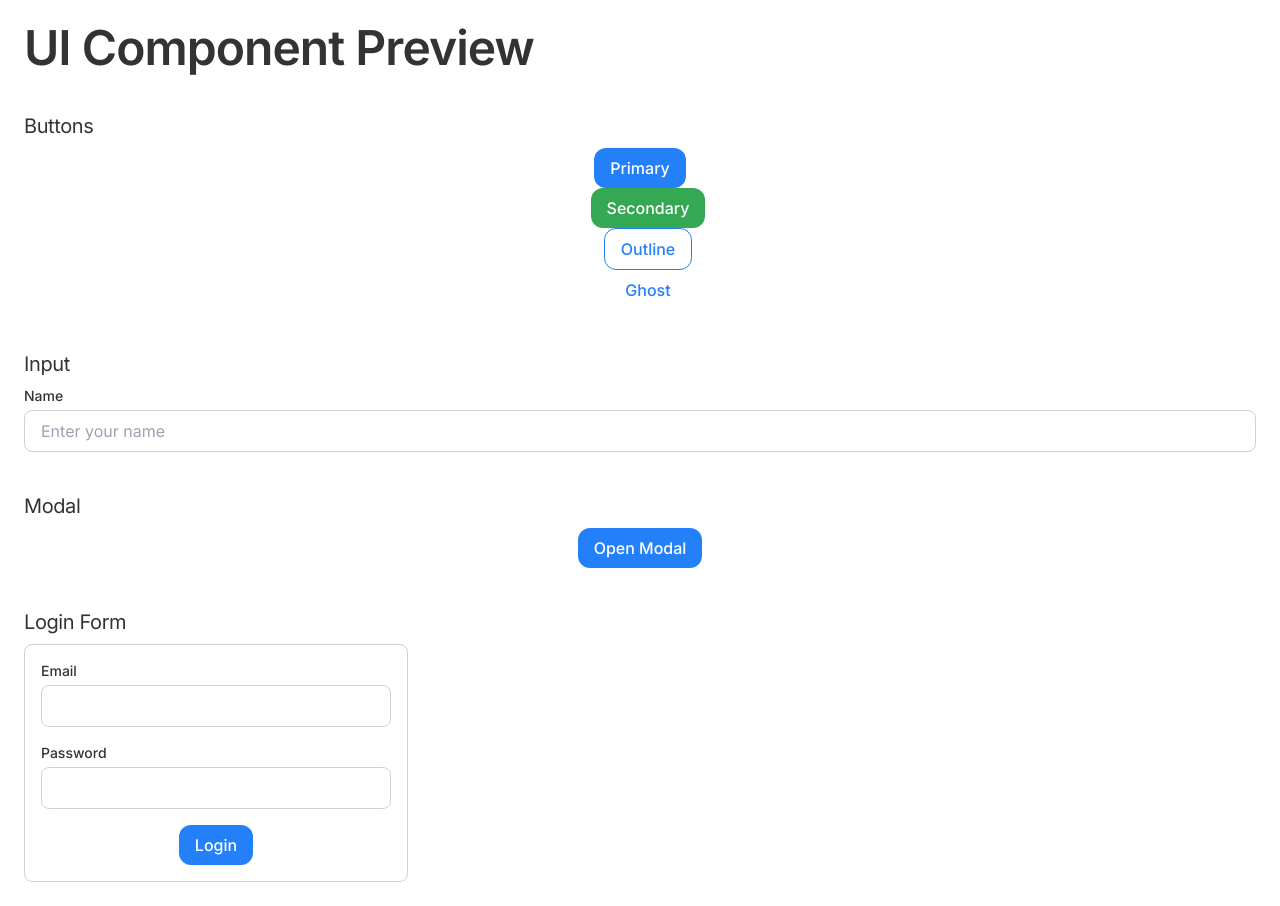
Repository: nikhilchikkam/im-project
Page: / (app in frontend/)
An editor plug-in stored every save of this project. The page is shown before and after the next save, followed by the edit.
The browser window is 1280 px wide. The pictures show the whole page.
The project was rebuilt for these pictures with package versions that can differ from the ones it lists, and the page was loaded fresh each time. Also part of the build but not shown: frontend/vite.config.ts, frontend/src/components/Modal.tsx.

Above is the page before, as saved 2025-06-10 17:47:49.

### frontend/index.html
<!doctype html>
<html lang="en">
  <head>
    <meta charset="UTF-8" />
    <link rel="icon" type="image/svg+xml" href="/vite.svg" />
    <link rel="preconnect" href="https://fonts.googleapis.com" />
    <link rel="preconnect" href="https://fonts.gstatic.com" crossorigin />
    <link href="https://fonts.googleapis.com/css2?family=Inter:wght@400;500;600&family=DM+Sans:wght@400&display=swap" rel="stylesheet" />
    <meta name="viewport" content="width=device-width, initial-scale=1.0" />
    <title>Nutrigence – Smarter Food Decisions</title>
</head>

  <body>
    <div id="root"></div>
    <script type="module" src="/src/main.tsx"></script>
  </body>
</html>

### frontend/src/index.css
@tailwind base;
@tailwind components;
@tailwind utilities;

@layer base {
  h1 { @apply text-h1 font-inter; }
  h2 { @apply text-h2 font-inter; }
  h3 { @apply text-h3 font-inter; }
  h4 { @apply text-h4 font-inter; }
  h5 { @apply text-h5 font-inter; }
  h6 { @apply text-h6 font-inter; }
  p  { @apply text-p font-dm; }
}

### frontend/src/App.tsx
import { useState } from 'react';
import { Button } from './components/Button';
import { Input } from './components/Input';
import { Modal } from './components/Modal';
import { LoginForm } from './components/LoginForm';

function App() {
  const [modalOpen, setModalOpen] = useState(false);
  const [inputVal, setInputVal] = useState('');

  return (
    <div className="min-h-screen bg-neutral-50 p-6 space-y-10 text-neutral-900 font-inter">
      <h1 className="text-h1">UI Component Preview</h1>

      {/* Buttons */}
      <section>
        <h2 className="text-h3 mb-2">Buttons</h2>
        <div className="space-x-4">
          <Button >Primary</Button>
          <Button variant="secondary">Secondary</Button>
          <Button variant="outline">Outline</Button>
          <Button variant="ghost">Ghost</Button>
        </div>
      </section>

      {/* Input */}
      <section>
        <h2 className="text-h3 mb-2">Input</h2>
        <Input
          label="Name"
          placeholder="Enter your name"
          value={inputVal}
          onChange={(e) => setInputVal(e.target.value)}
        />
      </section>

      {/* Modal */}
      <section>
        <h2 className="text-h3 mb-2">Modal</h2>
        <Button onClick={() => setModalOpen(true)}>Open Modal</Button>
        <Modal isOpen={modalOpen} onClose={() => setModalOpen(false)}>
          <p className="text-p mb-4">This is a modal! 🎉</p>
          <Button onClick={() => setModalOpen(false)}>Close</Button>
        </Modal>
      </section>

      {/* Login Form */}
      <section>
        <h2 className="text-h3 mb-2">Login Form</h2>
        <div className="max-w-sm border border-neutral-200 rounded-lg p-4">
          <LoginForm />
        </div>
      </section>
    </div>
  );
}

export default App;

### frontend/src/components/Button.tsx
import React from 'react';
import clsx from 'clsx';

type ButtonProps = {
  children: React.ReactNode;
  variant?: 'primary' | 'secondary' | 'outline' | 'ghost';
  size?: 'sm' | 'md' | 'lg';
  type?: 'button' | 'submit' | 'reset';
  disabled?: boolean;
  onClick?: () => void;
  isActive?: boolean;
};

const base = 'relative rounded-xl font-medium transition-colors focus:outline-none focus-visible:ring-2';
const sizes = {
  sm: 'px-3 py-1.5 text-sm',
  md: 'px-4 py-2 text-base',
  lg: 'px-6 py-3 text-lg',
};
const variants = {
  primary: 'bg-[#2480f8] text-white hover:bg-[#185abc]',
  secondary: 'bg-[#34A853] text-white hover:bg-green-700',
  outline: 'border border-[#2480f8] text-[#2480f8] hover:bg-blue-50',
  ghost: 'text-[#2480f8] hover:bg-blue-50',
};

export const Button = ({
  children,
  variant = 'primary',
  size = 'md',
  type = 'button',
  disabled,
  onClick,
  isActive = false,
}: ButtonProps) => (
  <div className="flex flex-col items-center space-y-1">
    {isActive && (
      <span className="w-2 h-2 bg-[#2480f8] rounded-full mb-1" />
    )}
    <button
      type={type}
      onClick={onClick}
      disabled={disabled}
      className={clsx(
        base,
        sizes[size],
        variants[variant],
        disabled && 'opacity-50 cursor-not-allowed'
      )}
    >
      {children}
    </button>
  </div>
);

### frontend/src/components/Input.tsx
import React from 'react';

type InputProps = {
  label: string;
  type?: string;
  placeholder?: string;
  error?: string;
  value: string;
  onChange: (e: React.ChangeEvent<HTMLInputElement>) => void;
};

export const Input = ({ label, type = 'text', placeholder, error, value, onChange }: InputProps) => (
  <div className="flex flex-col space-y-1">
    <label className="text-sm font-medium text-[#333]">{label}</label>
    <input
      type={type}
      placeholder={placeholder}
      value={value}
      onChange={onChange}
      className={`px-4 py-2 border rounded-lg focus:outline-none focus:ring-2 focus:ring-[#2480f8] ${
        error ? 'border-[#FF2E1F]' : 'border-[#d2d2d2]'
      }`}
    />
    {error && <span className="text-xs text-[#FF2E1F]">{error}</span>}
  </div>
);

### frontend/src/components/LoginForm.tsx
import React, { useState } from 'react';
import { Input } from './Input';
import { Button } from './Button';

export const LoginForm = () => {
  const [email, setEmail] = useState('');
  const [password, setPassword] = useState('');
  const [error, setError] = useState('');

  const handleSubmit = (e: React.FormEvent) => {
    e.preventDefault();
    if (!email || !password) {
      setError('All fields are required.');
      return;
    }
    // Login logic goes here
  };

  return (
    <form onSubmit={handleSubmit} className="space-y-4">
      <Input label="Email" type="email" value={email} onChange={e => setEmail(e.target.value)} />
      <Input label="Password" type="password" value={password} onChange={e => setPassword(e.target.value)} />
      {error && <div className="text-red-500 text-sm">{error}</div>}
      <Button type="submit" className="w-full">
        Login
      </Button>
    </form>
  );
};

### frontend/tailwind.config.js
/** @type {import('tailwindcss').Config} */
export default {
  content: [
    "./index.html",
    "./src/**/*.{js,ts,jsx,tsx}",
  ],
  theme: {
    extend: {
      fontFamily: {
        inter: ['Inter', 'sans-serif'],
        dm: ['"DM Sans"', 'sans-serif'],
      },
      colors: {
        primary: '#2480f8',
        secondary: '#185abc',
        accent: '#34A853',
        error: {
          DEFAULT: '#FF2E1F',
          light: '#FF9283',
          medium: '#FF6051',
        },
        warning: {
          light: '#FFFFC4',
          DEFAULT: '#FFFF9C',
          strong: '#f3f63d',
        },
        success: {
          light: '#82FF82',
          DEFAULT: '#1EEA1E',
          strong: '#00CC00',
        },
        neutral: {
          50: '#ffffff',
          100: '#e8e8e8',
          200: '#d2d2d2',
          300: '#bbbbbb',
          400: '#a4a4a4',
          500: '#8e8e8e',
          600: '#777777',
          700: '#606060',
          800: '#4a4a4a',
          900: '#333333',
        },
      },
      fontSize: {
        h1: ['48px', { lineHeight: '100%', letterSpacing: '-0.02em', fontWeight: '600' }],
        h2: ['24px', { lineHeight: '140%', letterSpacing: '-0.02em', fontWeight: '500' }],
        h3: ['20px', { lineHeight: '140%', letterSpacing: '-0.02em', fontWeight: '400' }],
        h4: ['18px', { lineHeight: '140%', letterSpacing: '-0.02em', fontWeight: '400' }],
        h5: ['16px', { lineHeight: '140%', letterSpacing: '-0.02em', fontWeight: '500' }],
        'h5-1': ['16px', { lineHeight: '140%', letterSpacing: '-0.02em', fontWeight: '400' }],
        h6: ['14px', { lineHeight: '140%', letterSpacing: '-0.02em', fontWeight: '400' }],
        h7: ['12px', { lineHeight: '140%', letterSpacing: '-0.02em', fontWeight: '400' }],
        h8: ['12px', { lineHeight: '140%', letterSpacing: '-0.02em', fontWeight: '500' }],
        p: ['16px', { lineHeight: '24px', fontWeight: '400' }],
        sideheading: ['18px', { lineHeight: '24px', fontWeight: '700' }],
      },
    },
  },
  plugins: [],
};

Loaded but not shown: frontend/src/main.tsx (common file)

After the next save:
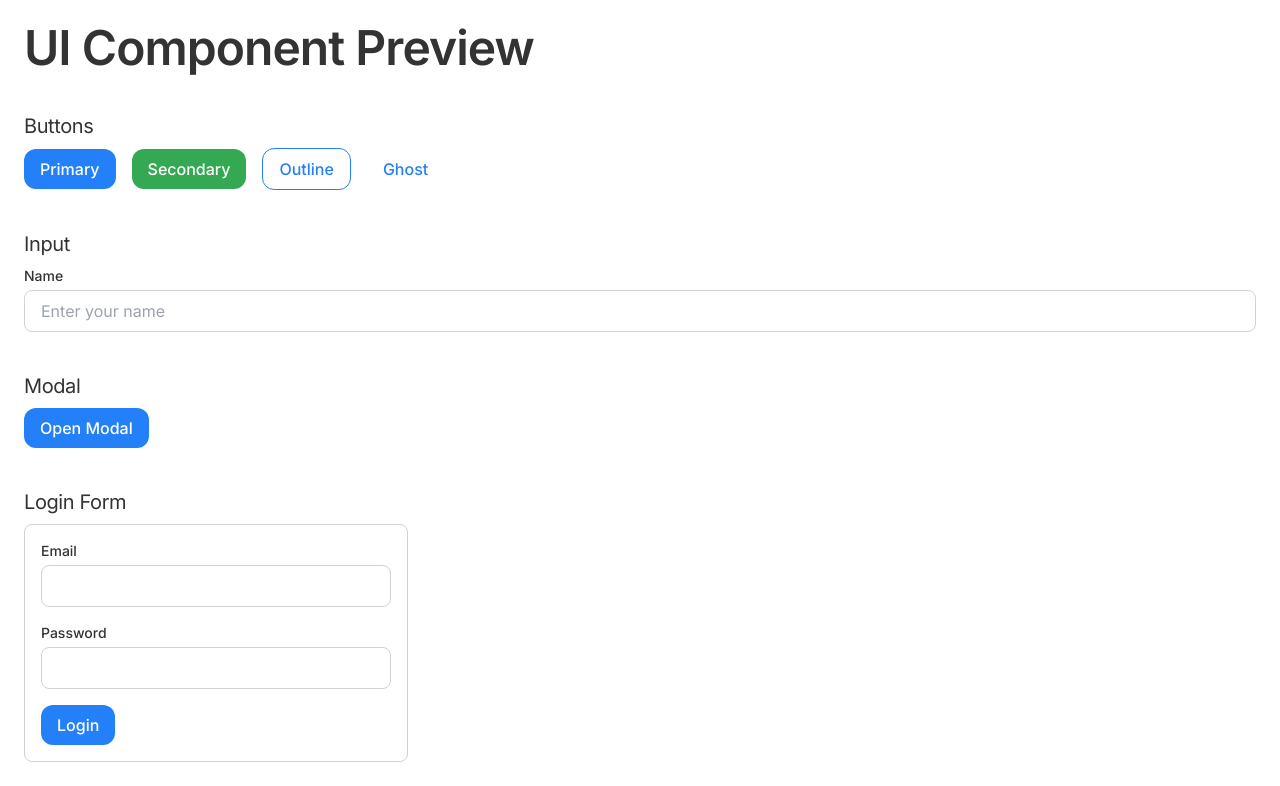
Saved 6 s later.
--- a/frontend/src/components/Button.tsx
+++ b/frontend/src/components/Button.tsx
@@ -8,10 +8,9 @@ type ButtonProps = {
   type?: 'button' | 'submit' | 'reset';
   disabled?: boolean;
   onClick?: () => void;
-  isActive?: boolean;
 };
 
-const base = 'relative rounded-xl font-medium transition-colors focus:outline-none focus-visible:ring-2';
+const base = 'rounded-xl font-medium transition-colors focus:outline-none focus-visible:ring-2';
 const sizes = {
   sm: 'px-3 py-1.5 text-sm',
   md: 'px-4 py-2 text-base',
@@ -31,24 +30,13 @@ export const Button = ({
   type = 'button',
   disabled,
   onClick,
-  isActive = false,
 }: ButtonProps) => (
-  <div className="flex flex-col items-center space-y-1">
-    {isActive && (
-      <span className="w-2 h-2 bg-[#2480f8] rounded-full mb-1" />
-    )}
-    <button
-      type={type}
-      onClick={onClick}
-      disabled={disabled}
-      className={clsx(
-        base,
-        sizes[size],
-        variants[variant],
-        disabled && 'opacity-50 cursor-not-allowed'
-      )}
-    >
-      {children}
-    </button>
-  </div>
+  <button
+    type={type}
+    onClick={onClick}
+    disabled={disabled}
+    className={clsx(base, sizes[size], variants[variant], { 'opacity-50 cursor-not-allowed': disabled })}
+  >
+    {children}
+  </button>
 );
